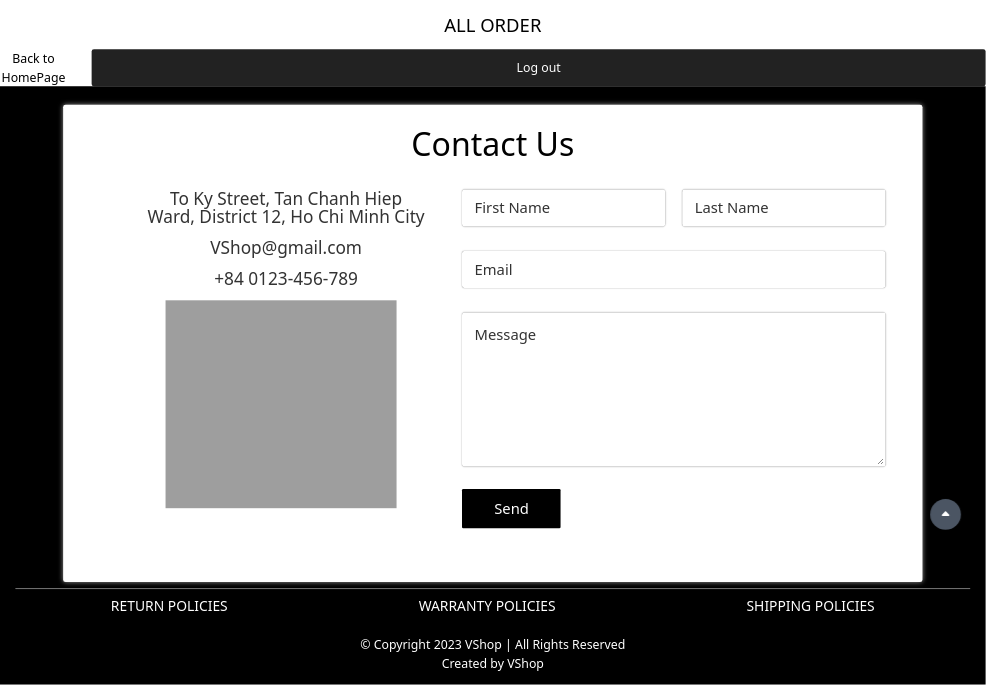
Repository: Kith933UTH/VSHOP
Page: /user
These files come from the project's save history. The page is drawn as it stood at one moment and after the next save; the edit follows.
The browser window is 1280 px wide. The pictures show the whole page, at 77% of full size.
Pictures or frames that could not be fetched are drawn as grey boxes. The project was rebuilt for these pictures with package versions that can differ from the ones it lists, and the page was loaded fresh each time. Also part of the build but not shown: src/components/product-item/ProductItem.js, src/components/loader/Loader.js, src/constants/constants.js, src/components/product-filters/Category.js, src/components/product-filters/Price.js, src/components/product-filters/Rating.js, src/components/product-filters/ProductFilters.js, src/components/cart-shopping/CartEmpty.js and 24 more.

Above is the page before, as saved 2023-08-05 23:27:33.

### public/index.html
<!DOCTYPE html>
<html lang="en">
  <head>
    <meta charset="utf-8" />
    <link rel="icon" href="./logo.png" />
    <meta name="viewport" content="width=device-width, initial-scale=1" />
    <meta name="theme-color" content="#000000" />
    <meta
      name="description"
      content="Web site created using create-react-app"
    />
    <link rel="apple-touch-icon" href="%PUBLIC_URL%/logo192.png" />
    <!--
      manifest.json provides metadata used when your web app is installed on a
      user's mobile device or desktop. See https://developers.google.com/web/fundamentals/web-app-manifest/
    -->
    <link rel="manifest" href="%PUBLIC_URL%/manifest.json" />
    <!--
      Notice the use of %PUBLIC_URL% in the tags above.
      It will be replaced with the URL of the `public` folder during the build.
      Only files inside the `public` folder can be referenced from the HTML.

      Unlike "/favicon.ico" or "favicon.ico", "%PUBLIC_URL%/favicon.ico" will
      work correctly both with client-side routing and a non-root public URL.
      Learn how to configure a non-root public URL by running `npm run build`.
    -->
    <title>VShop</title>
  </head>
  <body>
    <noscript>You need to enable JavaScript to run this app.</noscript>
    <div id="root"></div>
  </body>
</html>

### src/index.js
import React from 'react'
import ReactDOM from 'react-dom/client'
import App from './App'
import {Provider} from "react-redux"
import {BrowserRouter} from "react-router-dom"
import {store} from "./redux"
import './index.css'

const root = ReactDOM.createRoot(document.getElementById('root'))
root.render(
    <Provider store={store}>
        <BrowserRouter>
            <App />
        </BrowserRouter>
    </Provider>
)

### src/redux/index.js
import {configureStore} from "@reduxjs/toolkit"
import {productsApi} from "./products/products.api"
import {productReducer} from "./products/products.slice"
import {setupListeners} from "@reduxjs/toolkit/query"

export const store = configureStore({
    reducer: {
        [productsApi.reducerPath]: productsApi.reducer,
        product: productReducer
    },
    middleware: getDefaultMiddleware => getDefaultMiddleware().concat(productsApi.middleware)
})

setupListeners(store.dispatch)

### src/index.css
@tailwind base;
@tailwind components;
@tailwind utilities;

@layer utilities {
    input[type="number"]::-webkit-inner-spin-button,
    input[type="number"]::-webkit-outer-spin-button {
        @apply appearance-none;
    }
}

html, body {
    width: 100%;
    height: 100%;
}

body::-webkit-scrollbar,
.box-item::-webkit-scrollbar,
.search-box::-webkit-scrollbar{
    width: 8px;
}

main {
    display: flex;
    flex-direction: column;
    height: 100%;
}

body::-webkit-scrollbar-thumb,
.box-item::-webkit-scrollbar-thumb,
.search-box::-webkit-scrollbar-thumb{
    background-color: #ccc;
    border-radius: 20px;
}

#root {
    height: 100%;
}

body {
    overflow: hidden;
}

.productItem:hover {
    transition: opacity .3s linear;
    opacity: .5;
}

.box-item {
    height: 320px;
    overflow-y: scroll;
}

/* Loader */
.loader-box {
    width: 100px;
    height: 100px;
    display: flex;
    justify-content: center;
    align-items: center;
    margin: 50px auto 0;
}

.loader{
    position: relative;
    width: 70px;
    height: 70px;
}

.loader span {
    position: absolute;
    top:0;
    left: 0;
    width: 100%;
    height: 100%;
    transform: rotate(calc(18deg * var(--i)));
}

.loader span::before {
    content:'';
    position: absolute;
    top: 0;
    left: 0;
    width: 10px;
    height: 10px;
    background: #000;
    border-radius: 50%;
    transform: scale(0);
    animation: animate 2s linear infinite;
    animation-delay: calc(0.1s * var(--i));
}
@keyframes animate {
    0%{
        transform: scale(0);
    }
    10%{
        transform: scale(1.2);
    }
    80%,100%{
        transform: scale(0);
    }
}

### src/context/context.js
import {createContext} from "react"

export const Context = createContext()

### src/components/footer/Footer.js
import React from "react"
import { Contact } from "../contact/Contact"
import { Policy } from "../policy/Policy"
export function Footer() {
    return (
        <footer className='bg-black text-white in-h-fit'>
            {/* <div className='max-w-[1240px] mx-auto py-2 text-sm sm:text-base'>
                <div className='flex justify-center'>
                    <a href='https://github.com/VolodymyrGoshko/react-shop'
                       target='_blank'
                       rel="noreferrer"
                       className='capitalize border-b mb-3 text-base hover:text-gray-300 transition'
                    >
                        view source code on github
                    </a>
                </div>
                <div className='flex justify-center flex-col items-center'>
                    <p className='text-center'>© Copyright 2022 React Shop | All Rights Reserved</p>
                    <a href='https://www.linkedin.com/in/volodymyr-goshko-656ab920b/'
                       target="_blank"
                       rel="noreferrer"
                       className='hover:text-gray-300 transition'
                    >
                        Created by Volodymyr Goshko
                    </a>
                </div>
            </div> */}
            <Contact />
            <Policy />
            <div className='flex justify-center flex-col items-center my-4'>
                    <p className='text-center'>© Copyright 2023 VShop | All Rights Reserved</p>
                    <a href='#' className='hover:text-gray-300 transition' >
                        Created by VShop
                    </a>
                </div>
        </footer>
    )
}

### src/components/btn-scroll/BtnScroll.js
import React from "react"
import {FontAwesomeIcon} from "@fortawesome/react-fontawesome"
import {faCaretUp} from "@fortawesome/free-solid-svg-icons"

export function BtnScroll() {
    const topClick = () => {
        const body = document.querySelector('body').getBoundingClientRect().top + window.scrollY
        window.scroll({
            top: body,
            behavior: 'smooth'
        })
    }

    return (
        <button
            className='fixed bottom-8 right-4 bg-gray-600 text-white rounded-full w-[30px] h-[30px] md:w-[40px] md:h-[40px] md:right-8 md:bottom-8 z-20 shadow-gray-600'
            onClick={topClick}
        >
            <FontAwesomeIcon icon={faCaretUp}/>
        </button>
    )
}

### src/components/user/User.js
import React from "react"
import {useDispatch, useSelector} from "react-redux"
import { useNavigate} from "react-router-dom"
import { OrderItem } from "./OrderItem"
import { toggleLogin } from "../../redux/products/products.slice"

export function User() {
    const dispatch = useDispatch()
    const navigate = useNavigate()
    const {order} = useSelector(state => state.product)
    const totalPrice = (items) => {
        let price = 0
        items.forEach(item => price += item.price * item.quantity)
        return Math.round(price * 100) / 100
    }
    const handleLogOut = () => {
        dispatch(toggleLogin(false))
        navigate('/')
    }
    const handleBack = () => {
        navigate('/')
    }

    return (
        // <div className="fixed top-0 left-0 bottom-0 right-0 overflow-y-scroll z-20 bg-white flex flex-col items-center">
            <div className={`min-w-[400px] flex flex-col items-center}`}>
                <div className="text-2xl font-medium text-center py-4">ALL ORDER</div>
                {!order
                ? 'No order yet'
                : order.map((items, index) =>
                <div key={index} className="border-2 rounded border-black mb-10 w-4/5">
                    <div className="text-2xl font-medium pl-2 border-b-2"> Order {index + 1} </div>
                    {items.map(item => <OrderItem key={item.id} item={item}/>)}
                    <div className='mr-0 sm:mr-4 font-semibold flex justify-end'>
                        <span className='text-base sm:text-xl my-2'>Total:  </span>
                        <span className='text-base sm:text-xl my-2 ml-4'>{totalPrice(items)} $</span>
                    </div>
                </div>
                )}
                <div className="flex ">
                    <button  className="w-24 mr-8" onClick={handleBack}>Back to HomePage</button>
                    <button id="sub_btn" onClick={handleLogOut}>Log out</button>
                </div>
            </div>
        // </div>
    )
}

### src/redux/products/products.api.js
import {createApi, fetchBaseQuery} from "@reduxjs/toolkit/query/react"

export const productsApi = createApi({
    reducerPath: 'products/api',
    baseQuery: fetchBaseQuery({
        baseUrl: 'https://fakestoreapi.com'
    }),
    // refetchOnFocus: true,
    endpoints: build => ({
        getProductsAll: build.query({
            query:() => ({
                url: '/products'
            })
        }),
        getProductById: build.query({
            query:(id) => ({
                url: `/products/${id}`
            })
        }),
        getProductByCategory: build.query({
            query:(category) => ({
                url: `/products/category/${category}`
            })
        })
    })
})

export const {
    useGetProductsAllQuery,
    useGetProductByIdQuery,
    useGetProductByCategoryQuery
} = productsApi

### src/components/policy/Policy.js
import React from "react"
import { Link } from "react-router-dom"
export function Policy() {
    return (
        <div className='text-white in-h-fit max-w-[1240px] mx-auto py-2 text-sm sm:text-base flex justify-around items-cente'>
            <Link className='text-lg font-medium text-center' to='/return-policy'>
                RETURN POLICIES
            </Link>
            <Link className='text-lg font-medium text-center' to='/warranty-policy'>
                WARRANTY POLICIES
            </Link>
            <Link className='text-lg font-medium text-center' to='/shipping-policy'>
                SHIPPING POLICIES
            </Link>
        </div>
    )
}

### src/components/login/index.css
/* .m-5-auto {
    margin: 5rem auto
} */

.primary-button {
    margin-top: 5rem;
    margin-right: 1rem;
    padding: .6rem;
    width: 10rem;
    background: #222;
    border: none;
    color: #fff;
    font-size: 1.2rem;
    transition: all .5s;
    cursor: pointer;
    text-transform: capitalize
}

/***    Landing Page     ***/
.main-title,
.main-para {
    color: #f1f1f1
}

.main-title {
    padding-top: 10rem;
    font-size: 5rem;
    font-family: 'Fascinate', cursive;
    text-transform: uppercase
}

.main-para {
    font-size: 2.5rem;
    text-Transform: capitalize
}

#reg_btn span {
    display: inline-block;
    position: relative;
    transition: 0.5s;
}

#reg_btn span:after {
    content: '\00bb';
    position: absolute;
    opacity: 0;
    top: 0;
    right: -20px;
    transition: 0.5s;
}

#reg_btn:hover span {
  padding-right: 25px;
}

#reg_btn:hover span:after {
  opacity: 1;
  right: 0;
}

/***    Login Page     ***/
.login-page h2 {
    font-weight: 700;
    font-size: 1.9rem;
}
.login-page {
    position: fixed;
    top: 0;
    left: 0;
    right: 0;
    bottom: 0;
    z-index: 10;
    background-color: white;
    padding-top: 100px;
}

.login-page form {
    display: inline-block;
    background: #f3f3f3;
    border: 1px solid #ddd;
    border-radius: 2px;
    padding: 2rem;
    margin: 2rem 0 1rem 0
}

.login-page form label {
    float: left;
    font-size: .9rem;
    margin: 0;
    padding: 0
}

.right-label {
    float: right;
    cursor: pointer
}

.login-page input {
    width: 15rem;
    padding: .3rem;
    border-radius: 5px;
    outline: none;
    border: none
}

#sub_btn {
    display: block;
    width: 100%;
    padding: .3rem;
    border: none;
    background: #222;
    color: #fff;
    border-radius: 3px;
}

#sub_btn:hover {
    background: #333;
    transition: all .5s
}

/* footer p {
    margin: 0;
    font-size: .9rem
} */

/***    Register Page     ***/
#checkbox {
    width: 1rem
}

form span {
    font-size: .8rem
}

#reset_pass_lbl {
    float: left
}

/***    Home Page     ***/
.home-page-title {
    color: #222
}


.register-page input {
    width: 15rem;
    padding: .3rem;
    border-radius: 5px;
    outline: none;
    border: none
}

.register-page h2 {
    font-weight: 700;
    font-size: 1.9rem;
}
.register-page {
    position: fixed;
    top: 0;
    left: 0;
    right: 0;
    bottom: 0;
    z-index: 10;
    background-color: white;
    padding-top: 100px;
}

.register-page form {
    display: inline-block;
    background: #f3f3f3;
    border: 1px solid #ddd;
    border-radius: 2px;
    padding: 2rem;
    margin: 2rem 0 1rem 0
}

.register-page form label {
    float: left;
    font-size: .9rem;
    margin: 0;
    padding: 0
}

### src/components/contact/index.css
.contact-section {
    /* height: 96vh; */
    width: 100%;
    border-bottom: 1px solid #999;
}

.form-area {
    position: relative;
    /* height:84vh; */
    width: 100%;
    background: black;
    -webkit-box-sizing: border-box;
    box-sizing: border-box;
}

.form-area .form-wrap {
    /* position: absolute; */
    /* left: 50%;
    -webkit-transform: translateX(-50%);
    -ms-transform: translateX(-50%);
    transform: translateX(-50%); */
    width: 1120px;
    background-color: white;
    background-size: cover;
    background-position: center;
    border-radius: 0.2rem;
    -webkit-box-sizing: border-box;
    box-sizing: border-box;
    -webkit-box-shadow: 0 0 0.4rem 0 #999;
    box-shadow: 0 0 0.4rem 0 #999;
}

.form-wrap .title {
    padding-top: 2.4rem;
    width: 100%;
    -webkit-box-sizing: border-box;
    box-sizing: border-box;
}

.form-wrap .title h1 {
    color: black;
    font-size: 2.6rem;
    text-align: center;
}

.form-wrap .contact-area {
    padding-top: 3rem;
    display: -webkit-box;
    display: -ms-flexbox;
    display: flex;
    width: 100%;
    height: auto;
    -webkit-box-sizing: border-box;
    box-sizing: border-box;
}

.contact-area .contact-info {
    display: flex;
    flex-direction: column;
    justify-content: center;
    align-items: center;
    width: 35%;
    height: 100%;
    margin-left: 6rem;
}

.contact-info>div {
    margin-bottom: 1rem;
    display: -webkit-box;
    display: -ms-flexbox;
    display: flex;
    -webkit-box-align: center;
    -ms-flex-align: center;
    align-items: center;
}

.contact-info>div>p {
    color: #333;
    font-size: 1.4rem;
    font-weight: 500;
    text-align: center;
}

.contact-info>div>span {
    color: #61790a;
    font-size: 2rem;
    margin-right: 0.8rem;
}

.contact-area .contact-form {
    display: -webkit-box;
    display: -ms-flexbox;
    display: flex;
    -webkit-box-orient: vertical;
    -webkit-box-direction: normal;
    -ms-flex-direction: column;
    flex-direction: column;
    width: 60%;
    height: auto;
    padding: 0 3rem;
    -webkit-box-sizing: border-box;
    box-sizing: border-box;
}

.contact-form .name-field {
    display: -webkit-box;
    display: -ms-flexbox;
    display: flex;
    -webkit-box-pack: justify;
    -ms-flex-pack: justify;
    justify-content: space-between;
}

.name-field .input-area {
    width: 48%;
}

.contact-form .input-area {
    position: relative;
    margin-bottom: 2rem;
}

.input-area input {
    height: 3rem;
    width: 100%;
    color: #333;
    font-size: 1.2rem;
    border: 2px solid #fff;
    border-radius: 0.2rem;
    /* background: #eff; */
    -webkit-box-shadow: 0 0 0.1rem #666;
    box-shadow: 0 0 0.1rem #666;
    outline: none;
    padding: 0 1rem;
    -webkit-box-sizing: border-box;
    box-sizing: border-box;
    -webkit-transition: all 0.3s ease;
    -o-transition: all 0.3s ease;
    transition: all 0.3s ease;
}

.input-area label {
    position: absolute;
    top: 50%;
    left: 1rem;
    -webkit-transform: translateY(-50%);
    -ms-transform: translateY(-50%);
    transform: translateY(-50%);
    color: #333;
    font-size: 1.2rem;
    font-weight: 500;
    -webkit-transition: all 0.3s ease;
    -o-transition: all 0.3s ease;
    transition: all 0.3s ease;
}

.input-area input:focus~label,
.input-area input:valid~label {
    top: -0.8rem;
    left: 0;
    color: #fff;
    background: #111;
    border-radius: 5px;
    padding: 0.2rem;
    font-size: 1rem;
}

.contact-form .message-area {
    position: relative;
    -webkit-box-flex: 1;
    -ms-flex: 1 1 auto;
    flex: 1 1 auto;
    height: 200px;
    width: 100%;
}

.message-area textarea {
    height: 100%;
    width: 100%;
    border: 2px solid #fff;
    outline: none;
    font-size: 1.2rem;
    padding: 1rem;
    color: #333;
    -webkit-box-sizing: border-box;
    box-sizing: border-box;
    -webkit-box-shadow: 0 0 0.1rem #666;
    box-shadow: 0 0 0.1rem #666;
    border-radius: 0.2rem;
    resize: vertical;
    -webkit-transition: all 0.3s ease;
    -o-transition: all 0.3s ease;
    transition: all 0.3s ease;
}

.message-area label {
    position: absolute;
    color: #333;
    font-weight: 500;
    font-size: 1.2rem;
    top: 1rem;
    left: 1rem;
    -webkit-transition: all 0.3s ease;
    -o-transition: all 0.3s ease;
    transition: all 0.3s ease;
}

.message-area textarea:focus~label,
.message-area textarea:valid~label {
    top: -1.6rem;
    left: 0;
    color: #fff;
    padding: 0.2rem;
    background: #111;
    font-size: 1rem;
}

.contact-form .btn {
    margin-top: 1.8rem;
}

.contact-form .btn button {
    height: 3.2rem;
    width: 8rem;
    border: none;
    outline: none;
    color: #fff;
    font-size: 1.2rem;
    background: black;
    border-radius: 0.1rem;
    cursor: pointer;
}

#contact.menu-active {
    padding-top: 2rem;
}

### src/components/contact/reponsive.css
@media screen and (min-width: 940px) and (max-width: 1360px) {
    /* .contact-section {
        height: 107vh;
    } */
    .form-area .form-wrap {
        width: 90%;
        height: 620px;
    }
}

@media screen and (max-width: 1040px) {
    .contact-area .contact-info {
        margin-left: 0;
        display: flex;
        flex-direction: column;
        justify-content: center;
        align-items: center;
    }

    .contact-area .contact-form {
        padding: 0 1.8rem;
    }

}



@media screen and (max-width: 940px) {
    /* .contact-section {
        height: 148vh;
    } */

    .form-area .form-wrap {
        padding-bottom: 3.6rem;
        width: 80%;
        height: auto;
    }

    .form-wrap .contact-area {
        -webkit-box-orient: vertical;
        -webkit-box-direction: normal;
        -ms-flex-direction: column;
        flex-direction: column;
        -webkit-box-pack: center;
        -ms-flex-pack: center;
        justify-content: center;
    }

    .contact-area .contact-info {
        width: 100%;
    }

    .contact-area .contact-form {
        width: 100%;
        padding: 1rem 4rem 0 4rem;
    }
}

/*
@media screen and (max-width: 836px) {
    .contact-section {
        min-height: 96vh;
    }
} */

@media screen and (max-width: 770px) {
    .contact-section {
        height: 1100px;
    }

    .form-area .form-wrap {
        width: 88%;
        height: auto;
    }
}

@media screen and (max-width: 680px) {
    .contact-section {
        height: 1100px;
    }


    .form-area .form-wrap {
        /* top: -82%; */
        width: 88%;
        height: auto;
    }

}


@media screen and (max-width: 490px) {
    .contact-section {
        height: 1100px;
    }

    .contact-area .contact-info {
        width: 88%;
        margin-left: 1.2rem;
    }

    .form-area .form-wrap {
        /* top: -82%; */
        width: 88%;
        height: auto;
    }

    .contact-info>div>p {
        font-size: 1.2rem;
    }

    .contact-area .contact-form {
        margin-top: 1.4rem;
        padding: 0 1.2rem;
    }

}

@media screen and (max-width: 390px) {
    .contact-section {
        height: 1130px;
    }

    .contact-area .contact-info {
        width: 80%;
        /* margin-left: 1.2rem; */
    }

    .form-area .form-wrap {
        width: 90%;
        height: auto;
    }

    .contact-info>div>p {
        font-size: 1.2rem;
    }

    .contact-area .contact-form {
        width: 100%;
        padding: 1rem 1rem 0 1rem;
    }
}


@media screen and (max-width: 340px) {
    .contact-section {
        height: 980px;
    }

    .form-area .form-wrap {
        top: -86%;
        width: 96%;
    }

    .contact-area  {
        width: 100%;
    }

    .contact-area .contact-info {
        width: 100%;
        margin-left: 1rem;
    }

    .form-wrap .title h1 {
        font-size: 2rem;
    }

    .contact-info>h2 {
        font-size: 1.6rem;
    }

    .contact-info>div>p {
        font-size: 1rem;
    }

    .contact-info>div>span {
        font-size: 1.2rem;
    }

    .input-area label {
        font-size: 1rem;
    }

    .message-area label {
        font-size: 1rem;
    }

}

Loaded but not shown: tailwind.config.js (common file); src/components/contact/Contact.js (66 lines, source omitted); src/App.js (50 lines, source omitted); src/redux/products/products.slice.js (72 lines, source omitted)

After the next save:
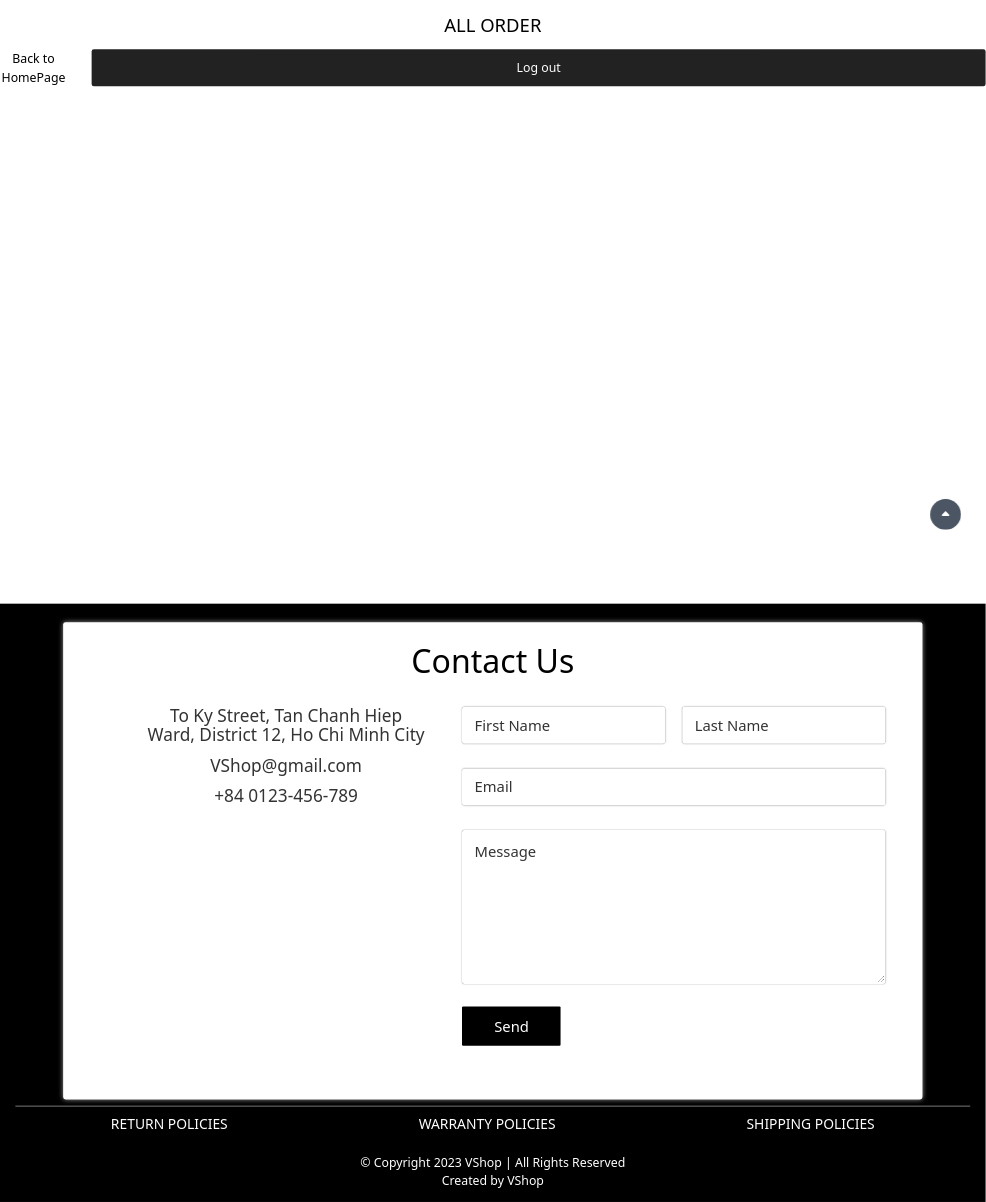
Saved 28 s later.
--- a/src/components/user/User.js
+++ b/src/components/user/User.js
@@ -22,26 +22,26 @@ export function User() {
     }
 
     return (
-        // <div className="fixed top-0 left-0 bottom-0 right-0 overflow-y-scroll z-20 bg-white flex flex-col items-center">
-            <div className={`min-w-[400px] flex flex-col items-center}`}>
-                <div className="text-2xl font-medium text-center py-4">ALL ORDER</div>
-                {!order
-                ? 'No order yet'
-                : order.map((items, index) =>
-                <div key={index} className="border-2 rounded border-black mb-10 w-4/5">
-                    <div className="text-2xl font-medium pl-2 border-b-2"> Order {index + 1} </div>
-                    {items.map(item => <OrderItem key={item.id} item={item}/>)}
-                    <div className='mr-0 sm:mr-4 font-semibold flex justify-end'>
-                        <span className='text-base sm:text-xl my-2'>Total:  </span>
-                        <span className='text-base sm:text-xl my-2 ml-4'>{totalPrice(items)} $</span>
-                    </div>
-                </div>
-                )}
-                <div className="flex ">
-                    <button  className="w-24 mr-8" onClick={handleBack}>Back to HomePage</button>
-                    <button id="sub_btn" onClick={handleLogOut}>Log out</button>
+        <>
+        <div className="text-2xl font-medium text-center py-4">ALL ORDER</div>
+        <div className={`min-w-[400px] min-h-screen flex flex-col items-center}`}>
+            {!order
+            ? 'No order yet'
+            : order.map((items, index) =>
+            <div key={index} className="border-2 rounded border-black mb-10 w-4/5">
+                <div className="text-2xl font-medium pl-2 border-b-2"> Order {index + 1} </div>
+                {items.map(item => <OrderItem key={item.id} item={item}/>)}
+                <div className='mr-0 sm:mr-4 font-semibold flex justify-end'>
+                    <span className='text-base sm:text-xl my-2'>Total:  </span>
+                    <span className='text-base sm:text-xl my-2 ml-4'>{totalPrice(items)} $</span>
                 </div>
             </div>
-        // </div>
+            )}
+            <div className="flex ">
+                <button  className="w-24 mr-8" onClick={handleBack}>Back to HomePage</button>
+                <button id="sub_btn" onClick={handleLogOut}>Log out</button>
+            </div>
+        </div>
+        </>
     )
 }
